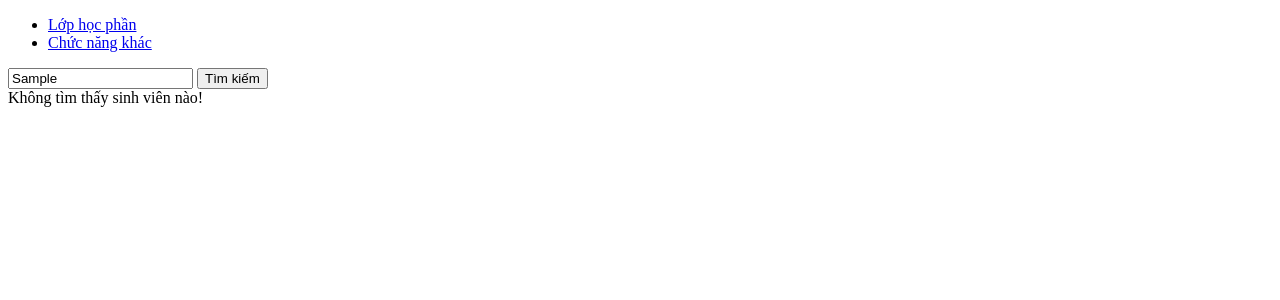
Repository: huycodedie/thuctap
Page: http://localhost/cnpm/test/index.php
These files come from the project's save history. The page is drawn as it stood at one moment and after the next save; the edit follows.
The browser window is 1280 px wide. The pictures show the whole page.
Empty fields were first filled with sample values (such as "Sample", 5 or name@example.com).
After loading, the first visible `#search-form` was submitted once.
The page is run by PHP 8.4 with error messages shown; the project is at /var/www/html/. Queries for data that is not in the repository find no rows.

Above is the page before, as saved 2024-12-07 17:44:33.

After the next save:
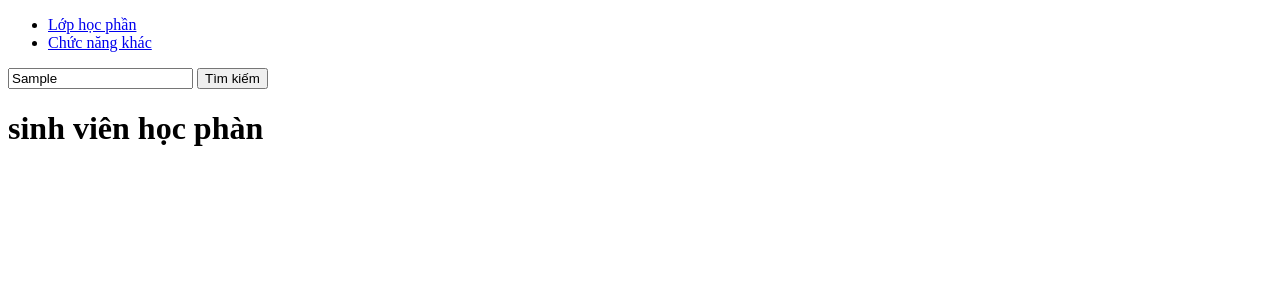
Saved 61 s later.
--- a/test/index.php
+++ b/test/index.php
@@ -21,12 +21,24 @@
         <button type="submit">Tìm kiếm</button>
     </form>
         <!-- Nội dung thay đổi sẽ được tải vào đây -->
-        <div id="search-results">
-        <?php include("svhocphan.php"); // Nội dung mặc định ?>
-    </div>
+        <?php include("svhocphan.php"); ?>
     </div>
 
+    <script>
+        // Sử dụng AJAX để thay đổi nội dung động
+        $(document).on('click', '.load-content', function (e) {
+            e.preventDefault();
 
+            // Lấy action từ thuộc tính data-action
+            const action = $(this).data('action');
+
+            // Gửi yêu cầu AJAX đến server
+            $.get("load_content.php", { action: action }, function (data) {
+                // Tải nội dung trả về vào phần #content
+                $("#content").html(data);
+            });
+        });
+    </script>
     <script>
     // Xử lý sự kiện tìm kiếm bằng AJAX
     $("#search-form").on("submit", function (e) {
